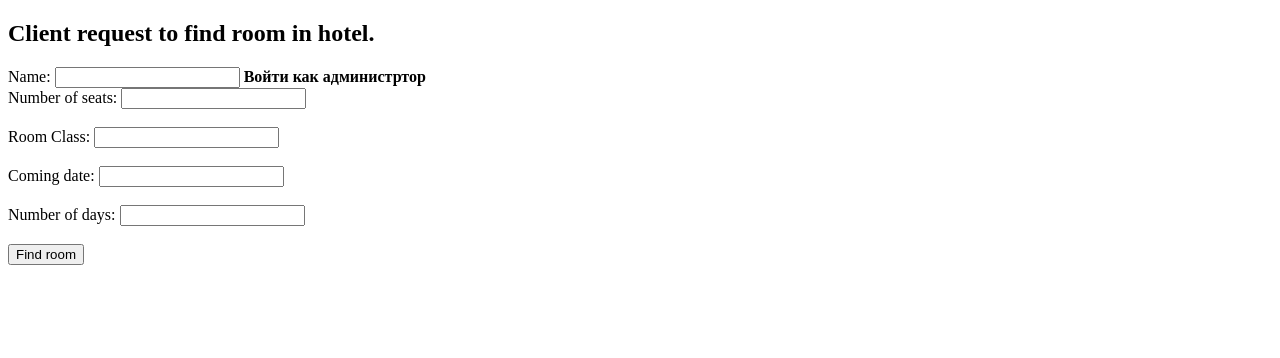
Repository: milosh-alexandr-by/ItAcademyJavaDeveloper
Page: http://localhost/HotelRequestSystem/ClientServlet.jsp
The author's editor kept a copy of each file at every save. The page is drawn from the files as they stood at one save, then again after the next save.
The browser window is 1280 px wide. The pictures show the whole page.
The page is served by Tomcat 9. Other server files are loaded and not shown.

Above is the page before, as saved 2015-12-12 21:54:48.

### Project_WEB/HotelRequestSystem/WebContent/ClientServlet.jsp
<%@ page language="java" contentType="text/html; charset=UTF-8"
    pageEncoding="UTF-8"%>
<!DOCTYPE html PUBLIC "-//W3C//DTD HTML 4.01 Transitional//EN" "http://www.w3.org/TR/html4/loose.dtd">
<html>
<head>
<meta http-equiv="Content-Type" content="text/html; charset=UTF-8">
<title>Insert title here</title>
</head>
<body>

	<h2>Client request to find room in hotel.</h2>

	<form action="HotelRequestSystem" method="GET">
		Name: <input type="text" name="Name" /> <right><strong>Войти как администртор</strong></right> <br/>
		Number of seats: <input type="text" name="NumberOfSeats" /> <br/><br/>
		Room Class: <input type="text" name="RoomClass" /> <br/><br/>
		Coming date: <input type="text" name="ComingDate" /> <br/><br/>
		Number of days: <input type="text" name="NumberOfDays" /> <br/><br/>
		<input type="submit" name="findRoom" value="Find room">
	</form>


</body>
</html>

After the next save:
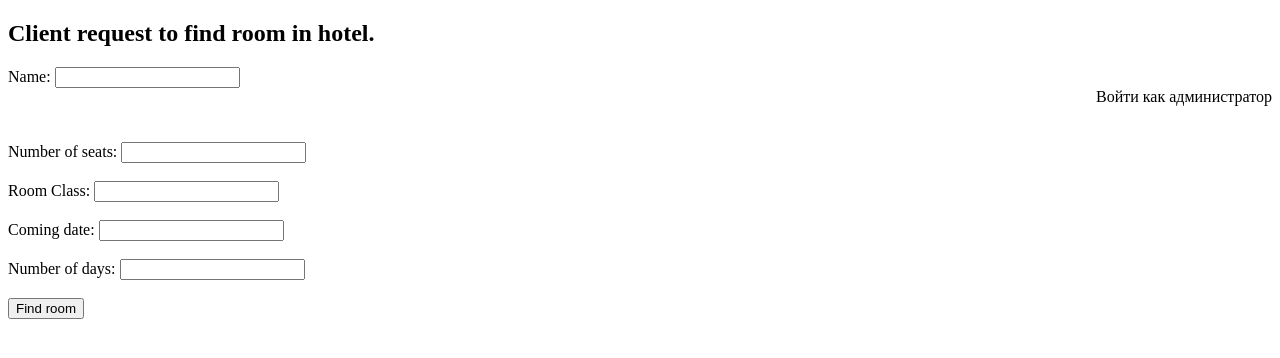
Saved 112 s later.
--- a/Project_WEB/HotelRequestSystem/WebContent/ClientServlet.jsp
+++ b/Project_WEB/HotelRequestSystem/WebContent/ClientServlet.jsp
@@ -11,7 +11,7 @@
 	<h2>Client request to find room in hotel.</h2>
 
 	<form action="HotelRequestSystem" method="GET">
-		Name: <input type="text" name="Name" /> <right><strong>Войти как администртор</strong></right> <br/>
+		Name: <input type="text" name="Name" /> <div align="right">Войти как администратор</div> <br/><br/>
 		Number of seats: <input type="text" name="NumberOfSeats" /> <br/><br/>
 		Room Class: <input type="text" name="RoomClass" /> <br/><br/>
 		Coming date: <input type="text" name="ComingDate" /> <br/><br/>
